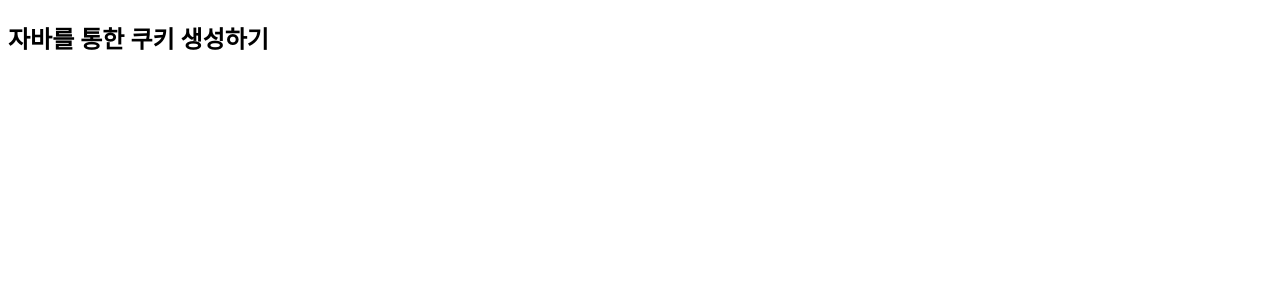
Repository: nemo0824/etc-practice
Page: http://localhost/CookieProject/
An editor plug-in stored every save of this project. The page is shown before and after the next save, followed by the edit.
The browser window is 1280 px wide. The pictures show the whole page.
The page is served by Tomcat 9.

Above is the page before, as saved 2023-03-07 02:20:57.

### CookieProject/WebContent/index.jsp
<%@ page language="java" contentType="text/html; charset=EUC-KR"
    pageEncoding="EUC-KR"%>
<!DOCTYPE html>
<html>
<head>
<meta charset="EUC-KR">
<title>Insert title here</title>
</head>
<body>

	<h2>자바를 통한 쿠키 생성하기</h2>
	<h3><a href="cookieTest.do"></a></h3>

</body>
</html>

After the next save:
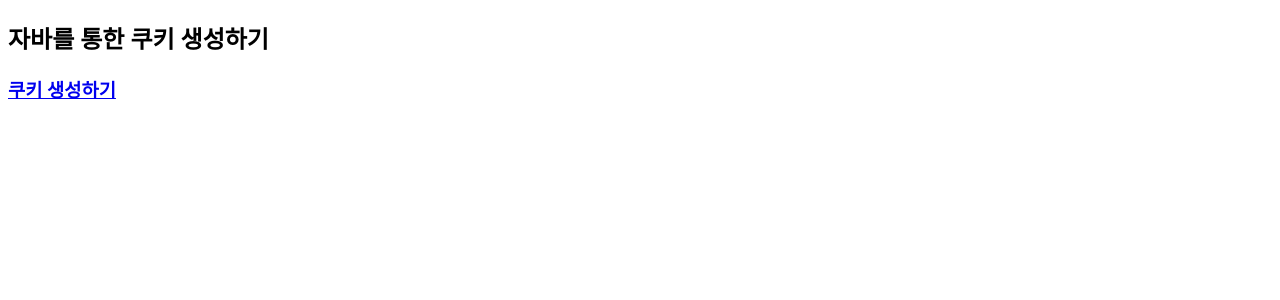
Saved 4 s later.
--- a/CookieProject/WebContent/index.jsp
+++ b/CookieProject/WebContent/index.jsp
@@ -9,7 +9,7 @@
 <body>
 
 	<h2>자바를 통한 쿠키 생성하기</h2>
-	<h3><a href="cookieTest.do"></a></h3>
+	<h3><a href="cookieTest.do">쿠키 생성하기</a></h3>
 
 </body>
 </html>
